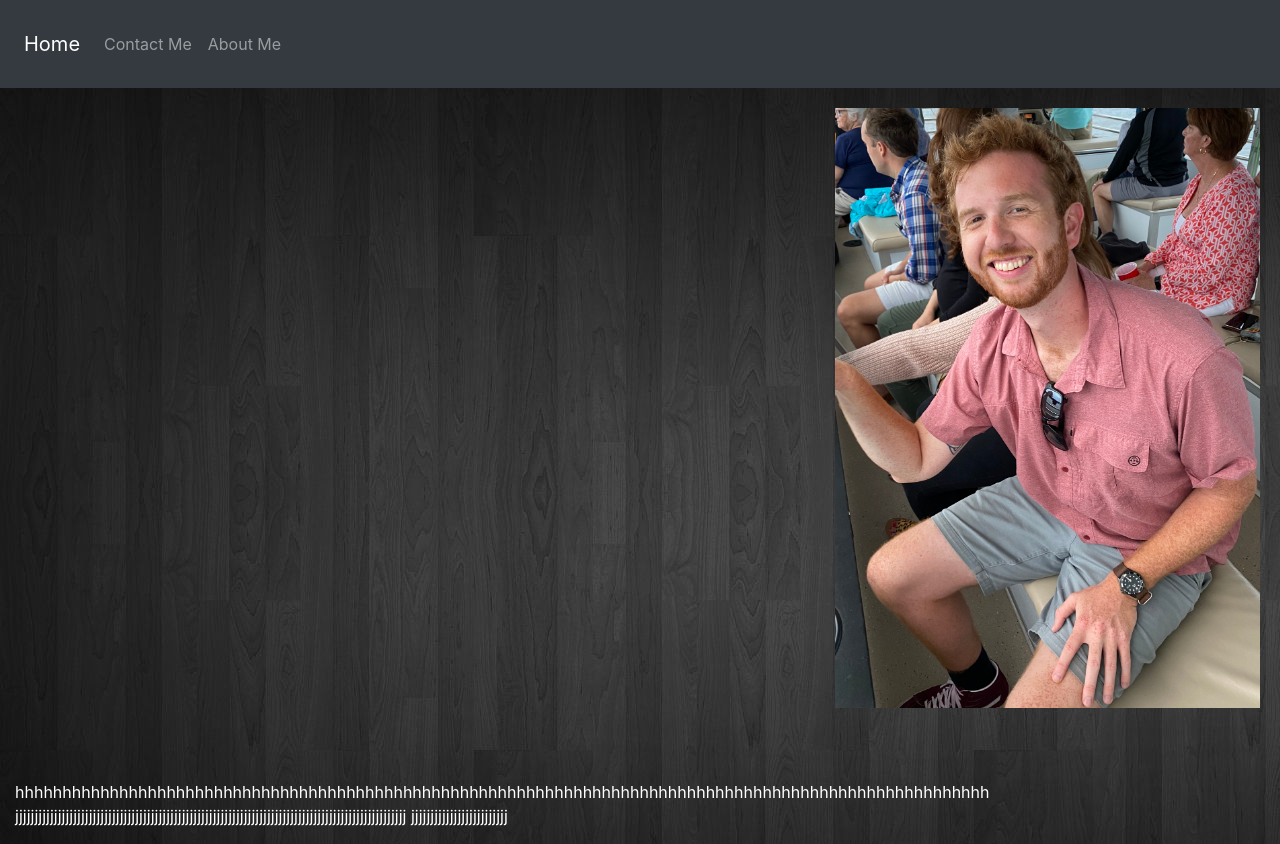
Repository: dupbd/portfolioWebPage
Page: BensSite/src/main/resources/static/aboutMe.html
The author's editor kept a copy of each file at every save. The page is drawn from the files as they stood at one save, then again after the next save.
The browser window is 1280 px wide. The pictures show the whole page.

Above is the page before, as saved 2021-02-04 01:32:44.

After the next save:
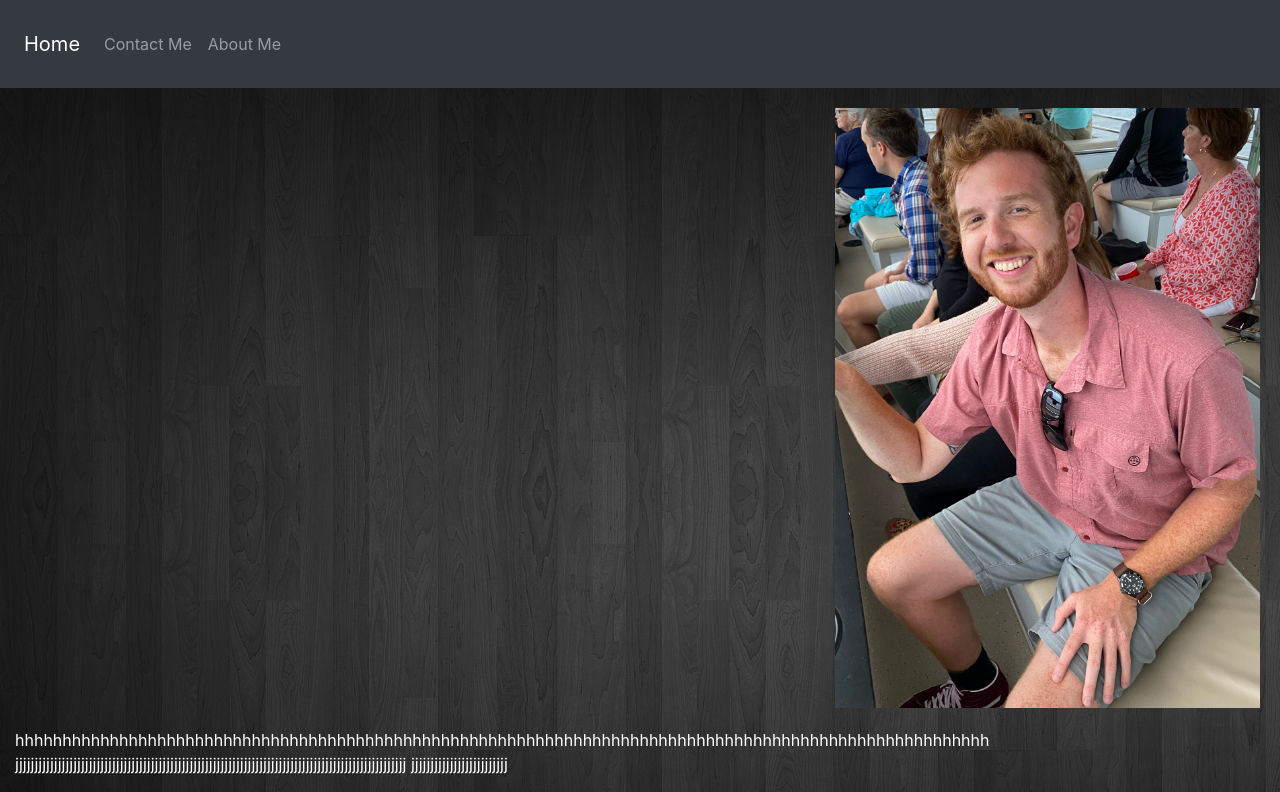
Saved 41 s later.
--- a/BensSite/src/main/resources/static/aboutMe.html
+++ b/BensSite/src/main/resources/static/aboutMe.html
@@ -25,9 +25,9 @@
   </div>
 </nav>
 
-<img class="me" src="me.jpeg" alt="It's Me" width="425" height="600" style="margin-right:20px; margin-top:20px; float:right;">
+<img class="me" src="me.jpeg" alt="It's Me" width="425" height="600" ALIGN="right" style="margin-right:20px; margin-top:20px; margin-bottom:20px; margin-left:20px;">
 
-<p class="aboutme" style="float:left;"><br><br><br>hhhhhhhhhhhhhhhhhhhhhhhhhhhhhhhhhhhhhhhhhhhhhhhhhhhhhhhhhhhhhhhhhhhhhhhhhhhhhhhhhhhhhhhhhhhhhhhhhhhhhhh
+<p class="aboutme"><br><br><br>hhhhhhhhhhhhhhhhhhhhhhhhhhhhhhhhhhhhhhhhhhhhhhhhhhhhhhhhhhhhhhhhhhhhhhhhhhhhhhhhhhhhhhhhhhhhhhhhhhhhhhh
 jjjjjjjjjjjjjjjjjjjjjjjjjjjjjjjjjjjjjjjjjjjjjjjjjjjjjjjjjjjjjjjjjjjjjjjjjjjjjjjjjjjjjjjjjjjjjjjjjjjjj
 jjjjjjjjjjjjjjjjjjjjjjjjj</p>
 
